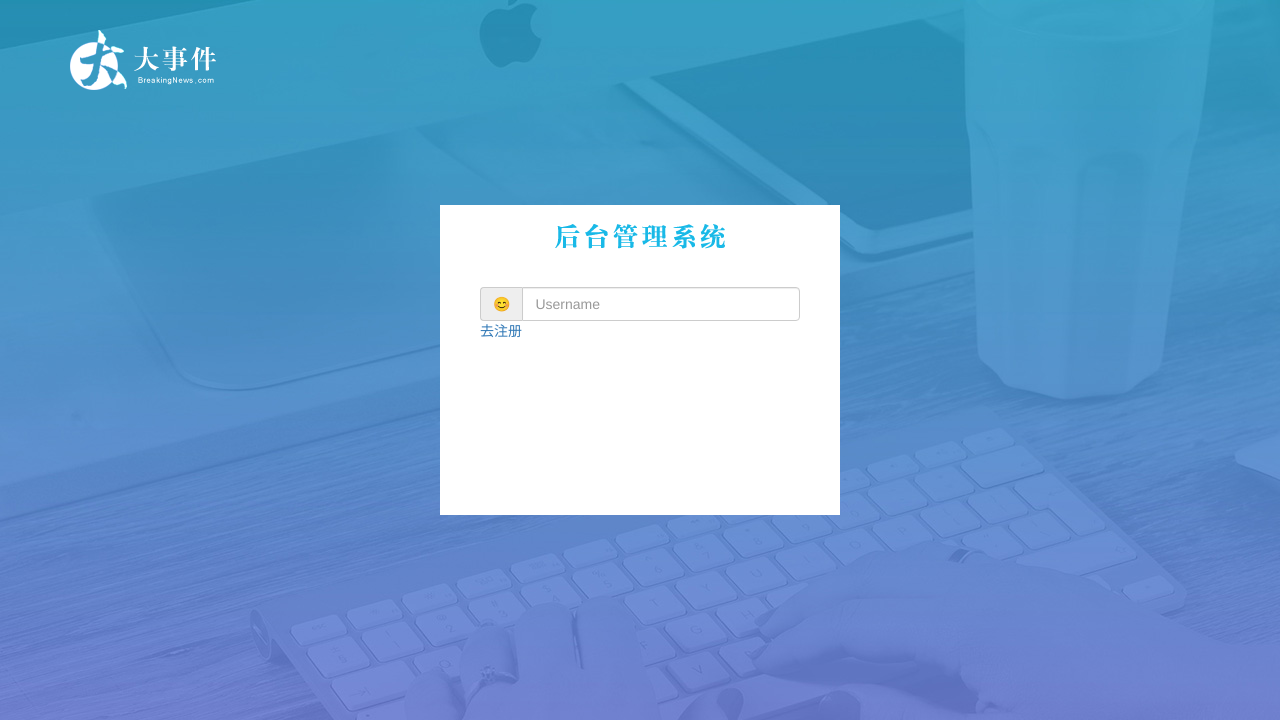
Repository: pursuit-YHP/project_dashijian
Page: login.html
The author's editor kept a copy of each file at every save. The page is drawn from the files as they stood at one save, then again after the next save.
The browser window is 1280 px wide. The pictures show the whole page.
The style sheet was rebuilt from its Sass, Less or Tailwind sources for each picture, by a compiler version that may differ from the author's.

Above is the page before, as saved 2022-03-13 16:03:03.

After the next save:
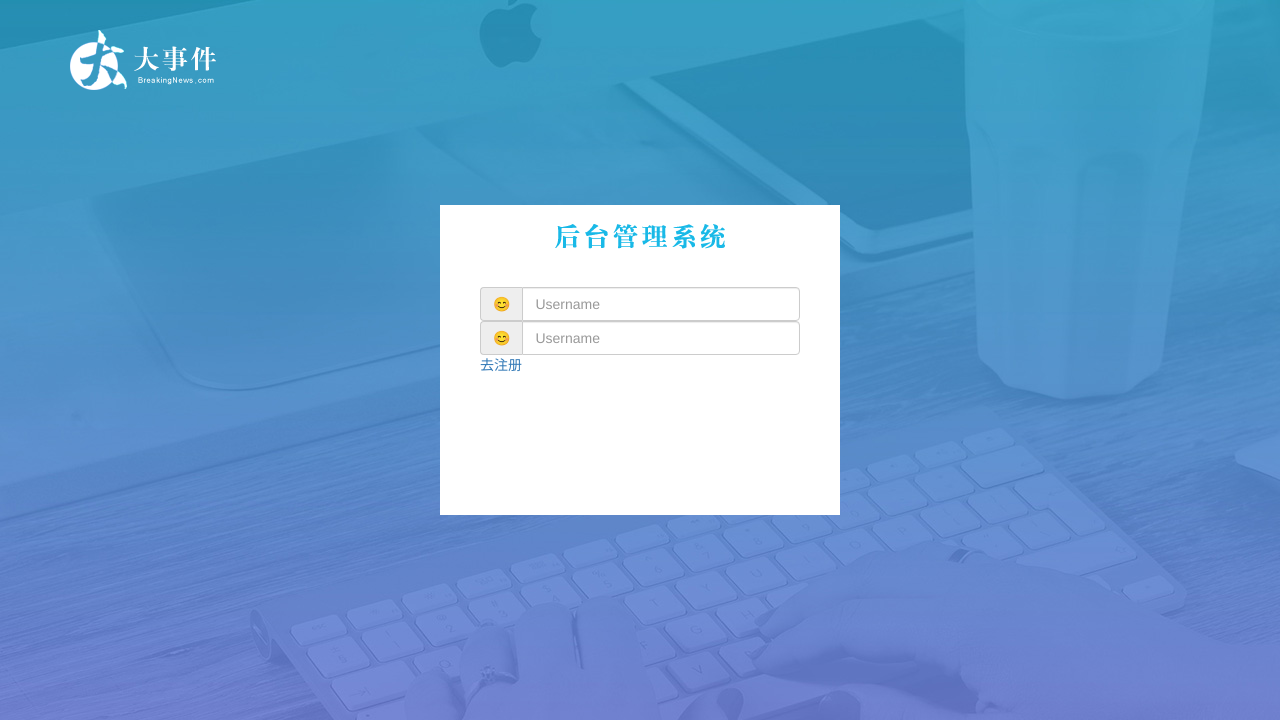
Saved 10 s later.
--- a/login.html
+++ b/login.html
@@ -31,6 +31,11 @@
                         <span class="input-group-addon" id="basic-addon1">😊</span>
                         <input type="text" class="form-control" placeholder="Username" aria-describedby="basic-addon1">
                     </div>
+                    <div class="input-group">
+                        <span class="input-group-addon" id="basic-addon1">😊</span>
+                        <input type="text" class="form-control" placeholder="Username" aria-describedby="basic-addon1">
+                    </div>
+
                 </form>
                 <a href="javascript:;" id="login_a">去注册</a>
             </div>
